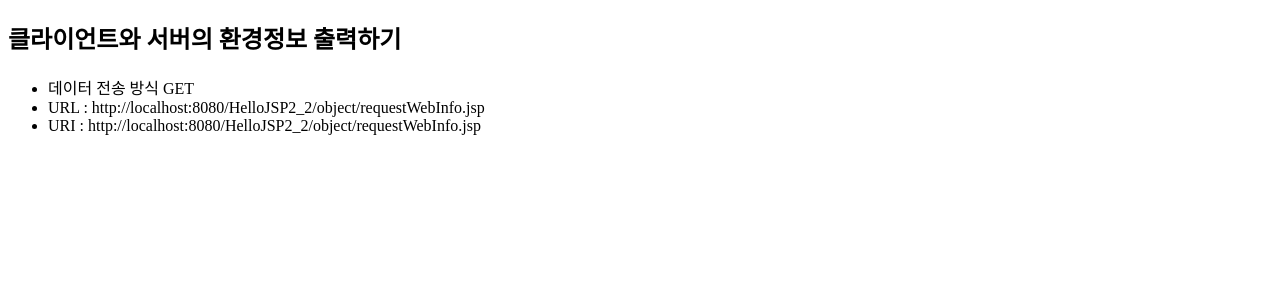
Repository: parkblacksheep/JSP-Servlet
Page: http://localhost/HelloJSP2_2/object/requestWebInfo.jsp
The author's editor kept a copy of each file at every save. The page is drawn from the files as they stood at one save, then again after a run of saves.
The browser window is 1280 px wide. The pictures show the whole page.
The page is served by Tomcat 9.

Above is the page before, as saved 2024-07-25 01:33:05.

After the next 3 saves:
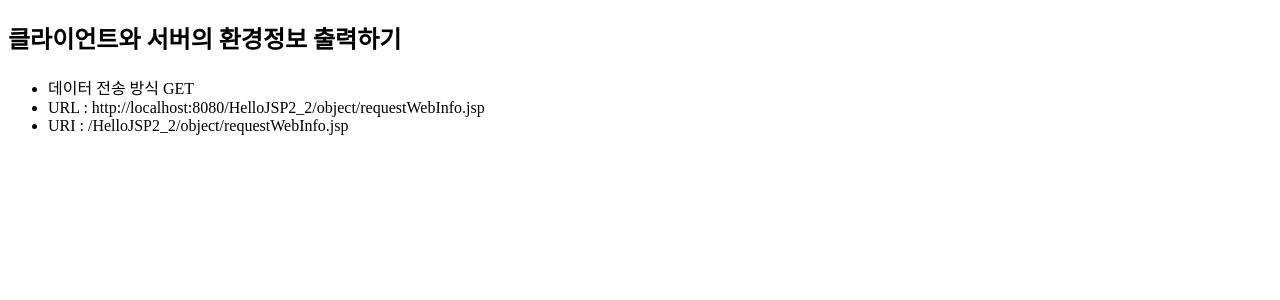
The 3 saves are shown as one change because they came seconds apart.
The last was saved 9 s later.
--- a/HelloJSP2_2/src/main/webapp/object/requestWebInfo.jsp
+++ b/HelloJSP2_2/src/main/webapp/object/requestWebInfo.jsp
@@ -12,7 +12,7 @@
 		<ul>
 			<li>데이터 전송 방식 <%= request.getMethod() %></li>
 			<li>URL : <%= request.getRequestURL() %></li>
-			<li>URI : <%= request.getRequestURL() %></li>
+			<li>URI : <%= request.getRequestURI() %></li>
 		</ul>
 	</body>
 </html>
